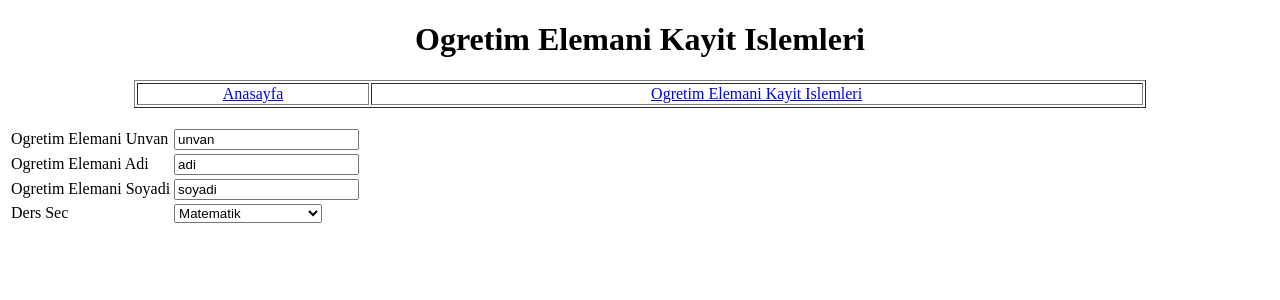
Repository: Egemen-ve-Burakhan-internet-final/final
Page: http://localhost/ogretim/ogretmen_kayit.jsp
These files come from the project's save history. The page is drawn as it stood at one moment and after the next save; the edit follows.
The browser window is 1280 px wide. The pictures show the whole page.
The page is served by Tomcat 9.

Above is the page before, as saved 2020-05-25 14:28:02.

After the next save:
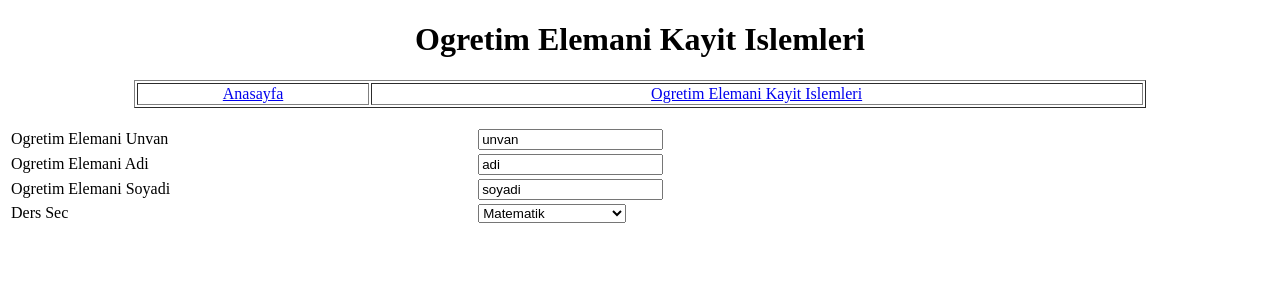
Saved 20 s later.
--- a/okul/ogretim/WebContent/ogretmen_kayit.jsp
+++ b/okul/ogretim/WebContent/ogretmen_kayit.jsp
@@ -22,7 +22,7 @@
 
 		<div>
 			<form>
-				<table>
+				<table width="80%">
 					<tr>
 						<td><label>Ogretim Elemani Unvan</label></td>
 						<td><input type="text" name="unvan" value="unvan"></td>
